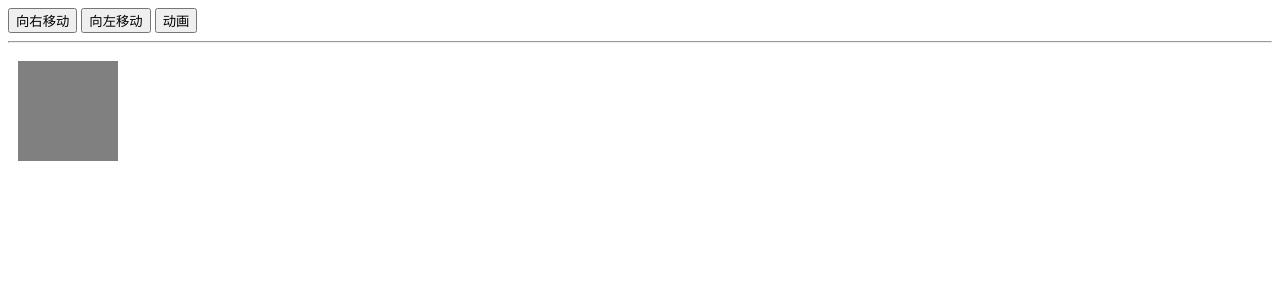
Repository: jsjchai/springmvc_study
Page: springmvc/jquery/jquery_Test/WebContent/jqueryTest15.html
The author's editor kept a copy of each file at every save. The page is drawn from the files as they stood at one save, then again after the next save.
The browser window is 1280 px wide. The pictures show the whole page.

Above is the page before, as saved 2015-04-06 12:37:29.

After the next save:
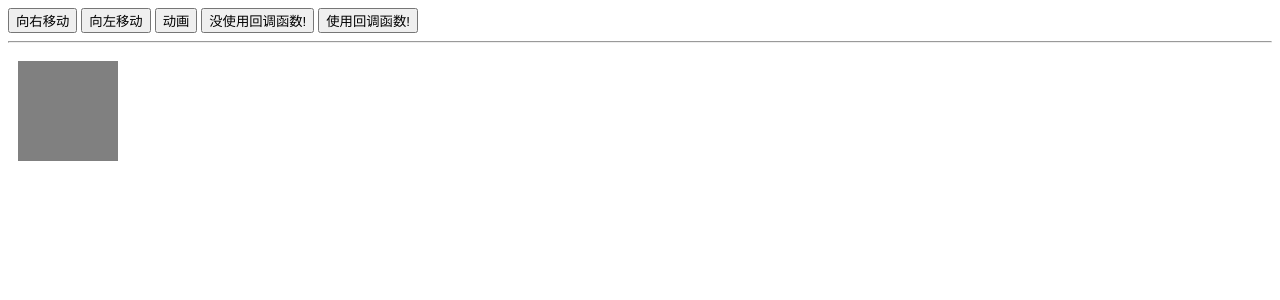
Saved 32 s later.
--- a/springmvc/jquery/jquery_Test/WebContent/jqueryTest15.html
+++ b/springmvc/jquery/jquery_Test/WebContent/jqueryTest15.html
@@ -41,6 +41,8 @@
 	<input type="button" value="向右移动" id="b1">
 	<input type="button" value="向左移动" id="b2">
 	<input type="button" value="动画" id="b3">
+	<input id="button1" type="button" value="没使用回调函数!" />
+    <input id="button2" type="button" value="使用回调函数!" />
 	<hr>
 	<div id="d1"
 		style="width: 100px; height: 100px; background-color: gray; margin: 10px; position: absolute;"></div>
